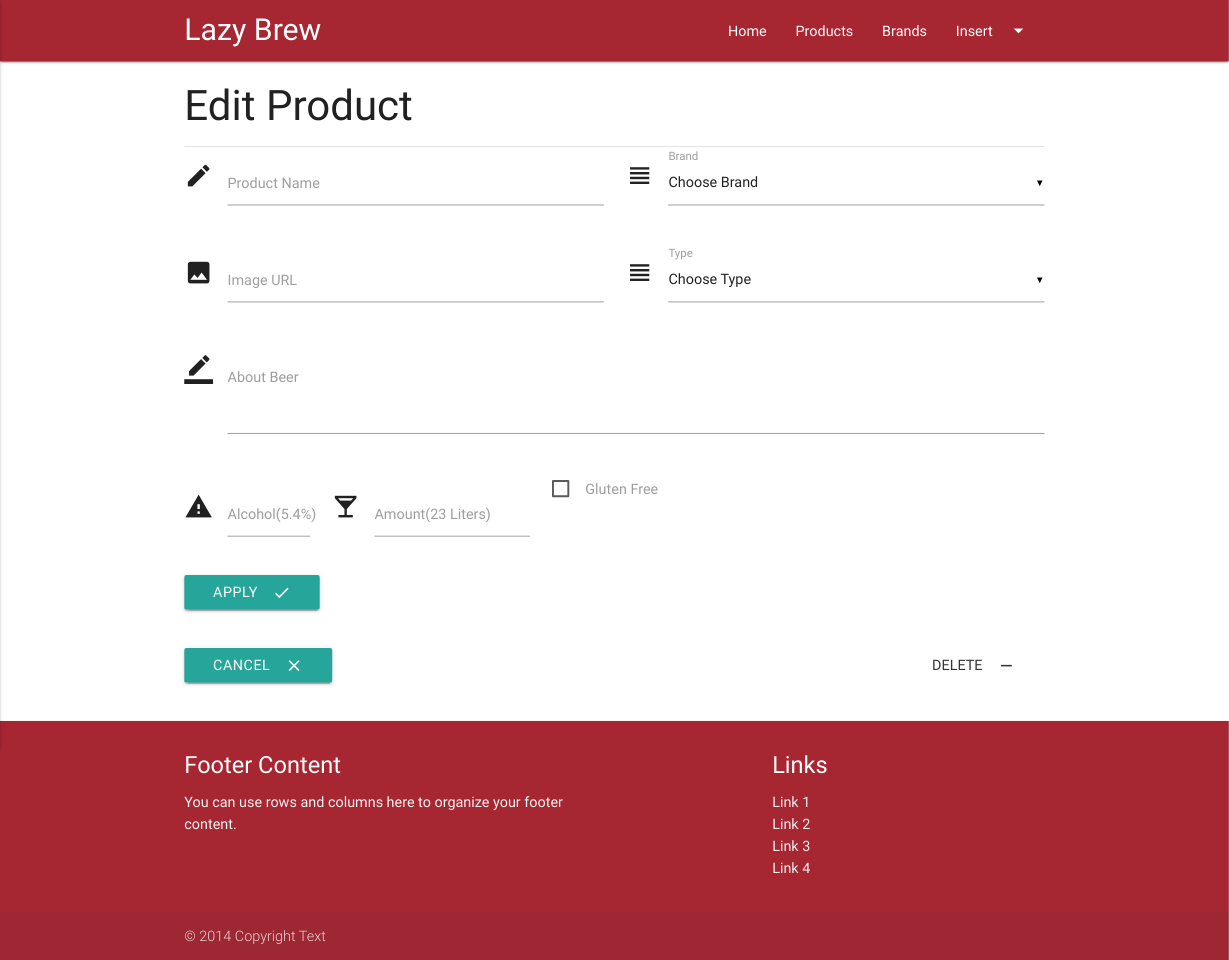
Repository: Leon2ev/lazy-brew
Page: templates/editproduct.html
The author's editor kept a record of every edit. The page is drawn from the files as they stood at one moment, then again after the next edit.
The browser window is 1280 px wide. The pictures show the whole page, at 96% of full size.
Some web libraries are served in a nearby version. The page is served by the project's application, run on Flask 3 (app.py). The template is opened directly, without the code that normally fills it, so the values that code supplies are empty.

Above is the page before.

After the next edit:
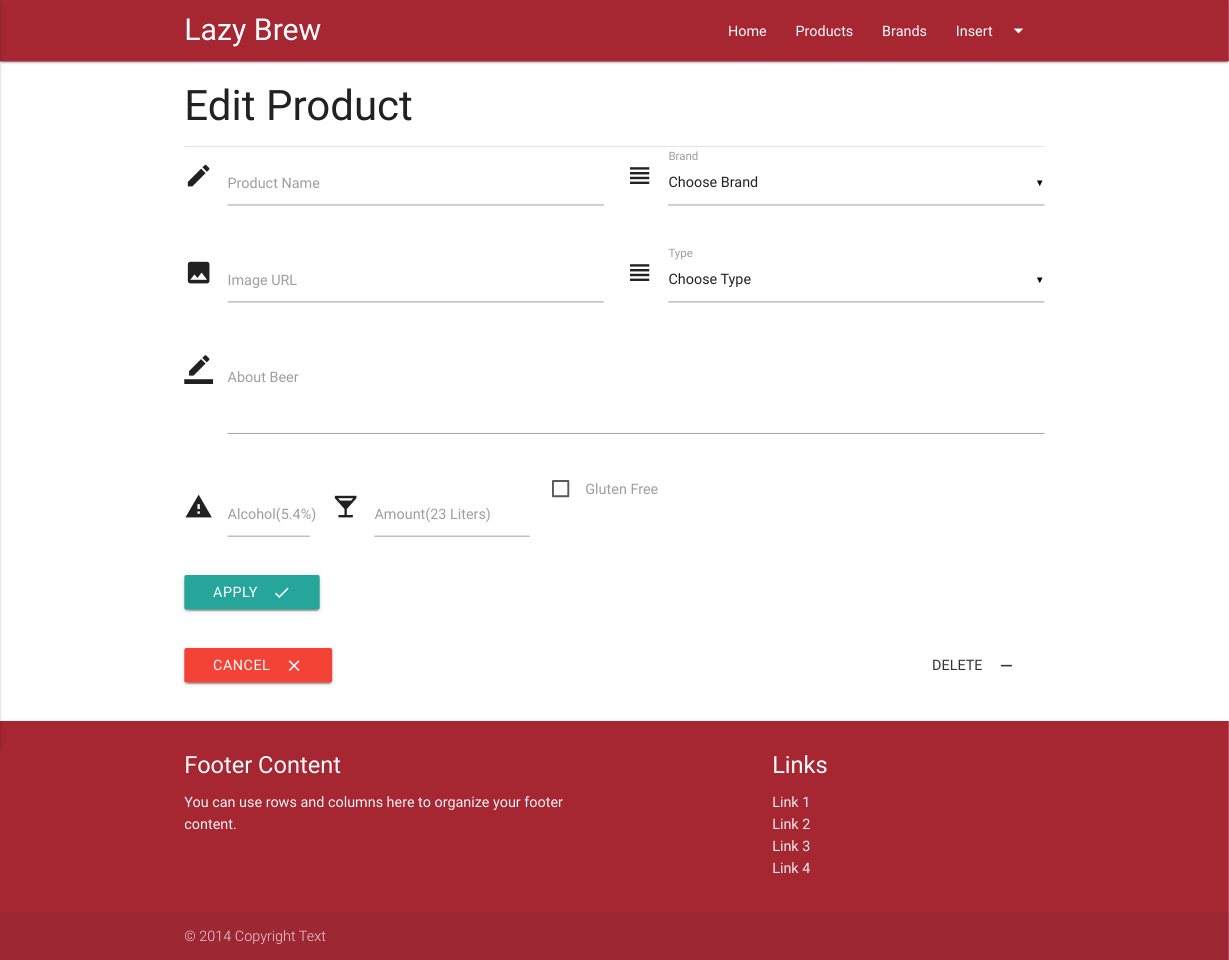
The edit:
--- a/templates/editproduct.html
+++ b/templates/editproduct.html
@@ -83,7 +83,7 @@
         </form>
         <div class="row">
             <div class="col s12">
-                <a class="waves-effect waves-light btn modal-trigger cancel-btn" href="#modal1">Cancel
+                <a class="waves-effect waves-light btn modal-trigger red" href="#modal1">Cancel
                     <i class="material-icons right">clear</i>
                 </a>
                 <a class="waves-effect waves-light btn-flat right modal-trigger delete-btn" href="#modal2">Delete
